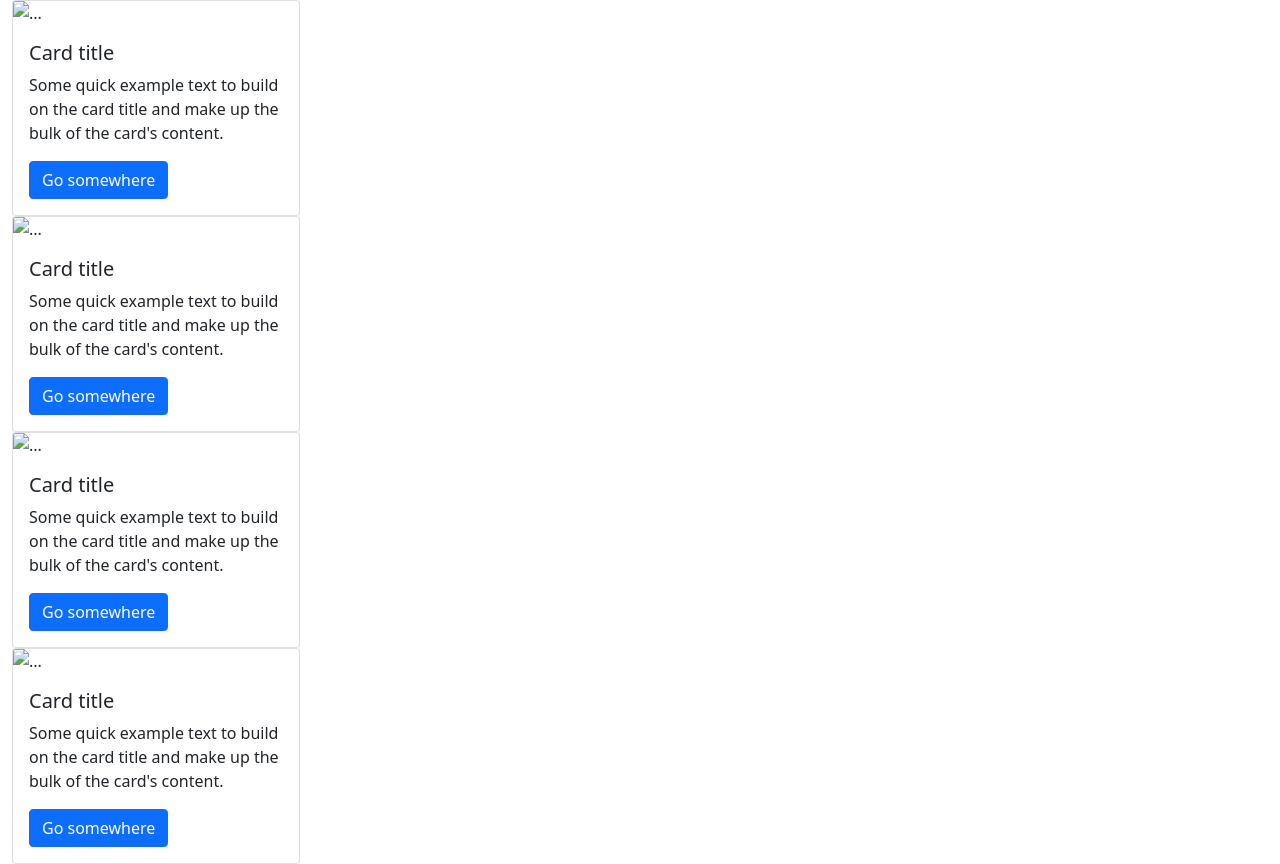
Repository: Dayvid0/BOOTSTRAP-TUTORIALS
Page: BOOTSTRAP-GRID-LAYOUTS/layouts.html
These files come from the project's save history. The page is drawn as it stood at one moment and after the next save; the edit follows.
The browser window is 1280 px wide. The pictures show the whole page.

Above is the page before, as saved 2025-01-24 12:32:43.
Not found: BOOTSTRAP-GRID-LAYOUTS/...

### BOOTSTRAP-GRID-LAYOUTS/layouts.html
<!doctype html>
<html lang="en">
  <head>
    <meta charset="utf-8">
    <meta name="viewport" content="width=device-width, initial-scale=1">
    <!-- Bootstrap CSS -->
    <link href="https://cdn.jsdelivr.net/npm/bootstrap@5.0.2/dist/css/bootstrap.min.css" rel="stylesheet" integrity="sha384-EVSTQN3/azprG1Anm3QDgpJLIm9Nao0Yz1ztcQTwFspd3yD65VohhpuuCOmLASjC" crossorigin="anonymous">
    <title>Hello, world!</title>
  </head>
  <body>
    <div class="container-fluid">
      <div class="row">
        <div class="col-md-3">
          <div class="card" style="width: 18rem;">
            <img src="..." class="card-img-top" alt="...">
            <div class="card-body">
              <h5 class="card-title">Card title</h5>
              <p class="card-text">Some quick example text to build on the card title and make up the bulk of the card's content.</p>
              <a href="#" class="btn btn-primary">Go somewhere</a>
            </div>
          </div>
          <div class="card" style="width: 18rem;">
            <img src="..." class="card-img-top" alt="...">
            <div class="card-body">
              <h5 class="card-title">Card title</h5>
              <p class="card-text">Some quick example text to build on the card title and make up the bulk of the card's content.</p>
              <a href="#" class="btn btn-primary">Go somewhere</a>
            </div>
          </div>
          <div class="card" style="width: 18rem;">
            <img src="..." class="card-img-top" alt="...">
            <div class="card-body">
              <h5 class="card-title">Card title</h5>
              <p class="card-text">Some quick example text to build on the card title and make up the bulk of the card's content.</p>
              <a href="#" class="btn btn-primary">Go somewhere</a>
            </div>
          </div>
          <div class="card" style="width: 18rem;">
            <img src="..." class="card-img-top" alt="...">
            <div class="card-body">
              <h5 class="card-title">Card title</h5>
              <p class="card-text">Some quick example text to build on the card title and make up the bulk of the card's content.</p>
              <a href="#" class="btn btn-primary">Go somewhere</a>
            </div>
          </div>
        </div>
      </div>
    </div>
    <script src="https://cdn.jsdelivr.net/npm/bootstrap@5.0.2/dist/js/bootstrap.bundle.min.js" integrity="sha384-MrcW6ZMFYlzcLA8Nl+NtUVF0sA7MsXsP1UyJoMp4YLEuNSfAP+JcXn/tWtIaxVXM" crossorigin="anonymous"></script>
  </body>
</html>

After the next save:
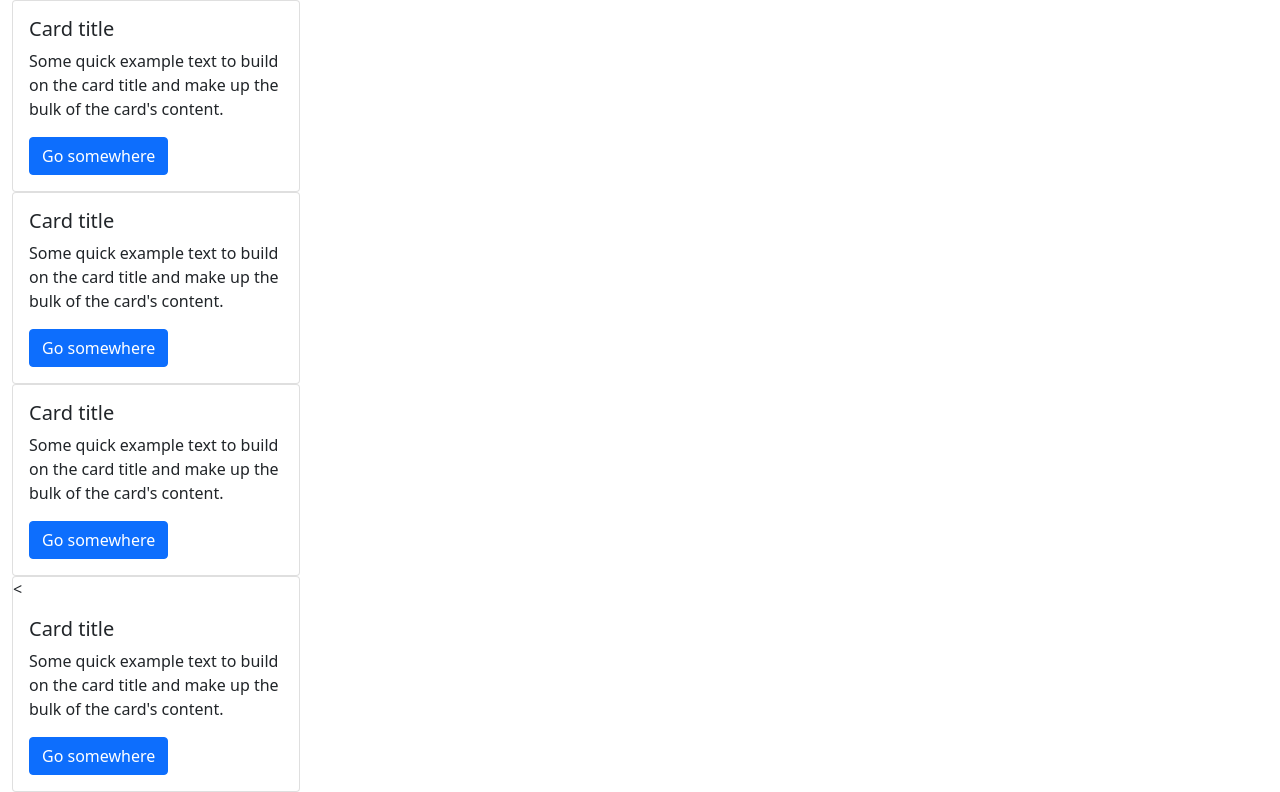
Saved 118 s later.
--- a/BOOTSTRAP-GRID-LAYOUTS/layouts.html
+++ b/BOOTSTRAP-GRID-LAYOUTS/layouts.html
@@ -12,7 +12,6 @@
       <div class="row">
         <div class="col-md-3">
           <div class="card" style="width: 18rem;">
-            <img src="..." class="card-img-top" alt="...">
             <div class="card-body">
               <h5 class="card-title">Card title</h5>
               <p class="card-text">Some quick example text to build on the card title and make up the bulk of the card's content.</p>
@@ -20,7 +19,6 @@
             </div>
           </div>
           <div class="card" style="width: 18rem;">
-            <img src="..." class="card-img-top" alt="...">
             <div class="card-body">
               <h5 class="card-title">Card title</h5>
               <p class="card-text">Some quick example text to build on the card title and make up the bulk of the card's content.</p>
@@ -28,7 +26,6 @@
             </div>
           </div>
           <div class="card" style="width: 18rem;">
-            <img src="..." class="card-img-top" alt="...">
             <div class="card-body">
               <h5 class="card-title">Card title</h5>
               <p class="card-text">Some quick example text to build on the card title and make up the bulk of the card's content.</p>
@@ -36,7 +33,7 @@
             </div>
           </div>
           <div class="card" style="width: 18rem;">
-            <img src="..." class="card-img-top" alt="...">
+            <
             <div class="card-body">
               <h5 class="card-title">Card title</h5>
               <p class="card-text">Some quick example text to build on the card title and make up the bulk of the card's content.</p>
